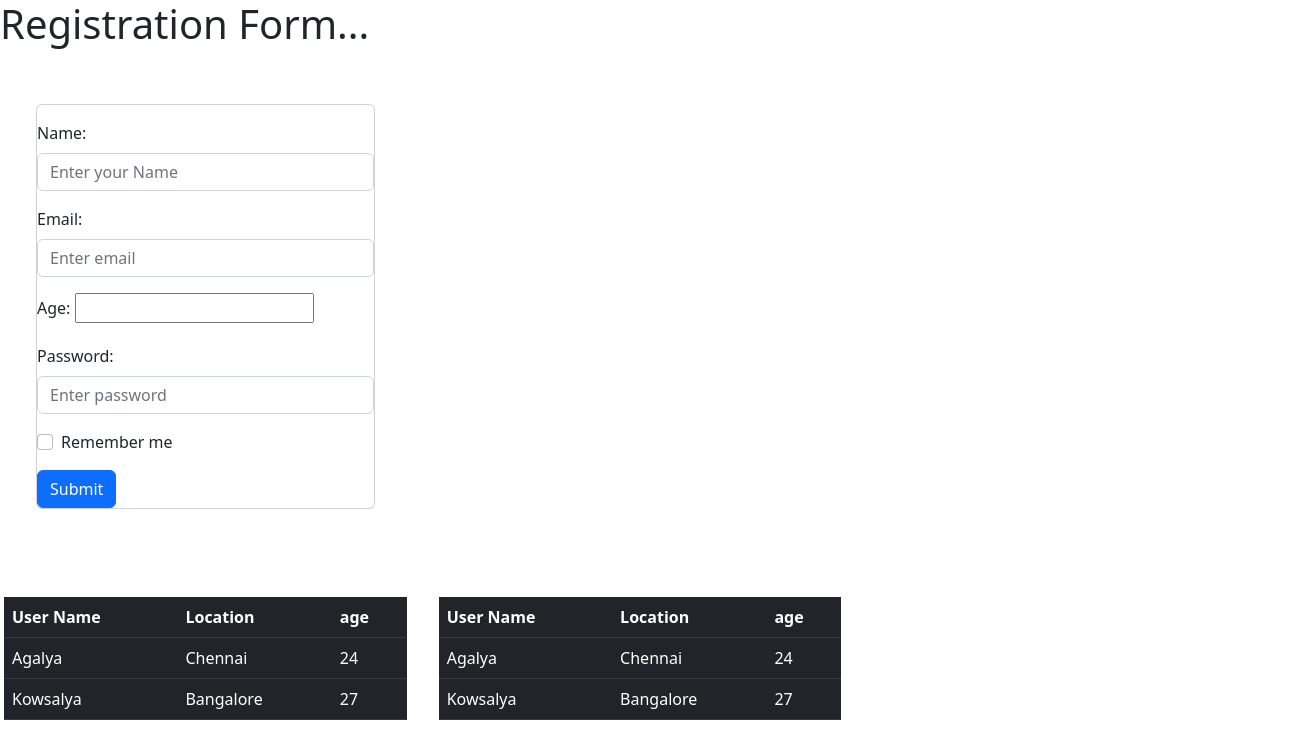
Repository: rajeshkannane/java1
Page: Form/public/index.html
The author's editor kept a copy of each file at every save. The page is drawn from the files as they stood at one save, then again after the next save.
The browser window is 1280 px wide. The page is 1292 px wide, so the pictures cover 1292 px, including what lies to the right of the window. The pictures show the whole page.

Above is the page before, as saved 2022-11-16 12:40:25.

### Form/public/index.html
<!DOCTYPE html>
<html>
<head>
            <meta charset="UTF-8">
            <title>Form Demo</title>
            <link href="https://cdn.jsdelivr.net/npm/bootstrap@5.2.2/dist/css/bootstrap.min.css" rel="stylesheet">
        </head>
       <h1 style="font-size:40px;">Registration Form...</h1>


<body>
<div class="row" >
<div class="col-sm-4 p-5" style="border-width:10; border-radius:10; border-color:gray" >
<div class="card">
<form action="/nextPages.html">
 <div class="mb-3 mt-3">
    <label for="Name" class="form-label">Name:</label>
    <input type="Name" class="form-control" id="Name" placeholder="Enter your Name" name="Name">
  </div>
  <div class="mb-3 mt-3">
    <label for="email" class="form-label">Email:</label>
    <input type="email" class="form-control" id="email" placeholder="Enter email" name="email">
  </div>
  <div class="mb-3 mt-3">
    <label for="Age" class="form-label">Age:</label>
  <input type="Number" id="Age" name="Age">
  </div>


  <div class="mb-3">
    <label for="pwd" class="form-label">Password:</label>
    <input type="password" class="form-control" id="pwd" placeholder="Enter password" name="pswd">
  </div>
  <div class="form-check mb-3">
    <label class="form-check-label">
      <input class="form-check-input" type="checkbox" name="remember"> Remember me
    </label>
  </div>
  <button type="submit" class="btn btn-primary">Submit</button>
</form>
</div>
</div>
</div>

<br>
<div class="row">
<div class="col-sm-4 p-3" >
<table class="table table-dark" style="text-align:1%">
  <tr>
    <th>User Name</th>
    <th>Location</th>
    <th>age</th>
  </tr>
  <tr>
    <td>Agalya</td>
    <td>Chennai</td>
    <td>24</td>
  </tr>
  <tr>
    <td>Kowsalya</td>
    <td>Bangalore</td>
    <td>27</td>
  </tr>
    </table>
    </div>
    <div class="col-sm-4 p-3" >
<table class="table table-dark" style="text-align:1%">
  <tr>
    <th>User Name</th>
    <th>Location</th>
    <th>age</th>
  </tr>
  <tr>
    <td>Agalya</td>
    <td>Chennai</td>
    <td>24</td>
  </tr>
  <tr>
    <td>Kowsalya</td>
    <td>Bangalore</td>
    <td>27</td>
  </tr>
    </table>
    </div>
    </div>
</body>
</html>

After the next save:
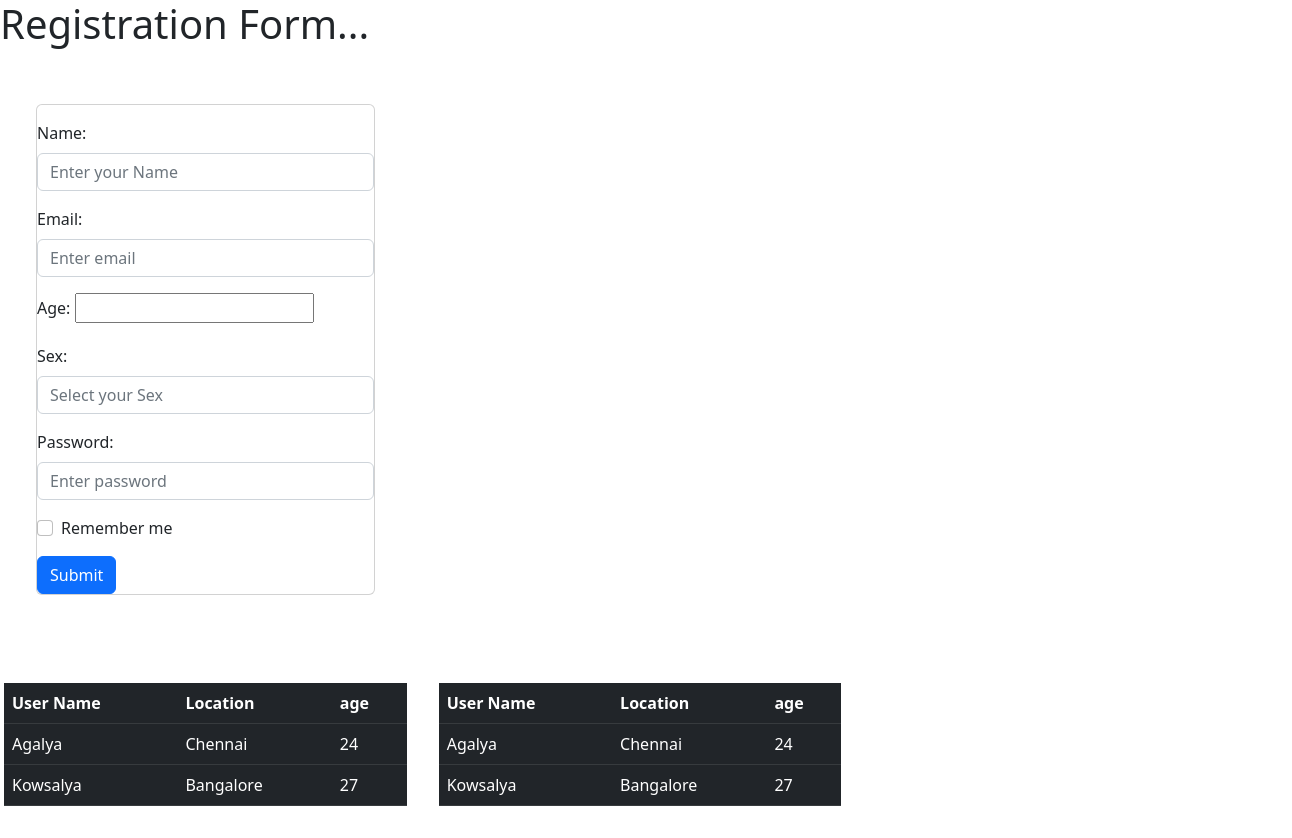
Saved 2 min 6 s later.
--- a/Form/public/index.html
+++ b/Form/public/index.html
@@ -25,8 +25,10 @@
     <label for="Age" class="form-label">Age:</label>
   <input type="Number" id="Age" name="Age">
   </div>
-
-
+   <div class="mb-3 mt-3">
+    <label for="Sex" class="form-label">Sex:</label>
+    <input type="Sex" class="form-control" id="Sex" placeholder="Select your Sex" name="Sex">
+  </div>
   <div class="mb-3">
     <label for="pwd" class="form-label">Password:</label>
     <input type="password" class="form-control" id="pwd" placeholder="Enter password" name="pswd">
